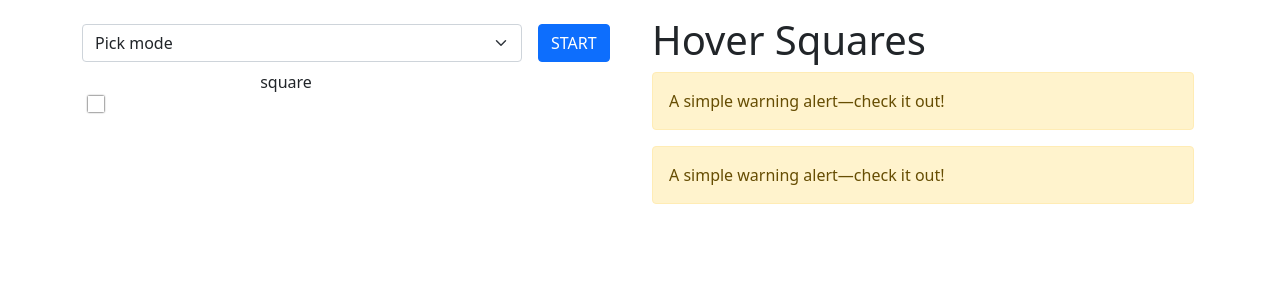
Repository: tsydikov/StarNaviTestTask
Page: /
These files come from the project's save history. The page is drawn as it stood at one moment and after the next save; the edit follows.
The browser window is 1280 px wide. The pictures show the whole page.
The project was rebuilt for these pictures with package versions that can differ from the ones it lists, and the page was loaded fresh each time.

Above is the page before, as saved 2021-08-13 12:42:14.

### public/index.html
<!DOCTYPE html>
<html lang="en">
  <head>
    <meta charset="utf-8" />
    <link rel="icon" href="%PUBLIC_URL%/favicon.ico" />
    <meta name="viewport" content="width=device-width, initial-scale=1" />
    <meta name="theme-color" content="#000000" />
    <meta
      name="description"
      content="Web site created using create-react-app"
    />
    <link rel="apple-touch-icon" href="%PUBLIC_URL%/logo192.png" />
    <!--
      manifest.json provides metadata used when your web app is installed on a
      user's mobile device or desktop. See https://developers.google.com/web/fundamentals/web-app-manifest/
    -->
    <link rel="manifest" href="%PUBLIC_URL%/manifest.json" />
    <link href="https://cdn.jsdelivr.net/npm/bootstrap@5.1.0/dist/css/bootstrap.min.css" rel="stylesheet" integrity="sha384-KyZXEAg3QhqLMpG8r+8fhAXLRk2vvoC2f3B09zVXn8CA5QIVfZOJ3BCsw2P0p/We" crossorigin="anonymous">
    <!--
      Notice the use of %PUBLIC_URL% in the tags above.
      It will be replaced with the URL of the `public` folder during the build.
      Only files inside the `public` folder can be referenced from the HTML.

      Unlike "/favicon.ico" or "favicon.ico", "%PUBLIC_URL%/favicon.ico" will
      work correctly both with client-side routing and a non-root public URL.
      Learn how to configure a non-root public URL by running `npm run build`.
    -->
    <title>React App</title>
  </head>
  <body>
    <noscript>You need to enable JavaScript to run this app.</noscript>
    <div id="root"></div>
    <!--
      This HTML file is a template.
      If you open it directly in the browser, you will see an empty page.

      You can add webfonts, meta tags, or analytics to this file.
      The build step will place the bundled scripts into the <body> tag.

      To begin the development, run `npm start` or `yarn start`.
      To create a production bundle, use `npm run build` or `yarn build`.
    -->
  </body>
</html>

### src/App.js
import React from 'react'
import './App.css'
import Alert from './component/Alert';
import Squares from './component/Squares';
import GameMode from './component/GameMode';



// const board = document.querySelector('#board')





function App() {
//   for (let i = 0; i < 5; i++) {
//     // for (let j = 0; j < 5; j++) {
//       const square = document.createElement('div')
//       square.classList.add('square')
//       board.append(square)
//     // }
// }
  const square = document.createElement('div')
  square.classList.add('square')
  console.log(square)

  return (
    <div className="container p-3">
      <div className="row ">
        <div className="col">
          <GameMode />
          <Squares />
          {/* {square} */}
          <div className="square"></div>
        </div>
        <Alert />
      </div>
    </div>
  );
}

export default App;

### src/App.css
.p {
    float: left;
    width: 80%;
    margin-right: 1rem;
}

.containerSquares {
    display: flex;
    justify-content: center;
    align-items: center;
    flex-wrap: wrap;
    max-width: 400px;
  }

  .square {
    width: 16px;
    height: 16px;
    background: white;
    margin: 2px;
    box-shadow: 0 0 2px #000;
    transition: 2s ease;
  }

### src/component/Alert.js
import React from "react";

// eslint-disable-next-line
export default () => {
    return (
        <div className="col">
          <h1>Hover Squares</h1>
          <div className="alert alert-warning" role="alert">
            A simple warning alert—check it out!
          </div>
            <div className="alert alert-warning" role="alert">
              A simple warning alert—check it out!
            </div>
        </div>
    )
}

### src/component/Squares.js
import React from "react";
// const square = document.createElement('div')
// function addSquares() {
//     square.classList.add('square')
// }
// eslint-disable-next-line
export default () => {




    return (
        <div className="row">
            <div className="col">
              <div className="containerSquares" id="board">
                square
              </div>
            </div>
          </div>
    )
}

### src/component/GameMode.js
import React from "react";

export default class GameMode extends React.Component {
    constructor(props) {
        super(props)

        this.state = {}
    }

    add = () => {
      const square = document.createElement('div')
      square.classList.add('square')
      console.log(square)
    }

    render() {
        return (
            <div className="row">
            <div className="col p-2">
              <select className="form-select p" aria-label="Default select example" defaultValue="0">
                <option value="0">Pick mode</option>
                <option value="1">Easy</option>
                <option value="2">Normal</option>
                <option value="3">Hard</option>
              </select>
              {this.add}
              <button type="button" className="btn btn-primary">START</button>
            </div>
          </div>
        )
    }
}

Loaded but not shown: src/index.js (common file); src/reportWebVitals.js (common file)

After the next save:
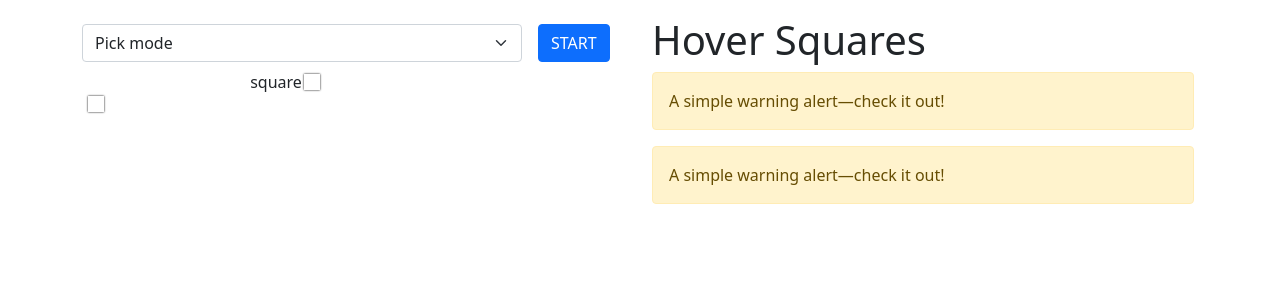
Saved 2 h 37 min later.
--- a/src/component/Squares.js
+++ b/src/component/Squares.js
@@ -13,7 +13,7 @@ export default () => {
         <div className="row">
             <div className="col">
               <div className="containerSquares" id="board">
-                square
+                square<div className="square"></div>
               </div>
             </div>
           </div>
